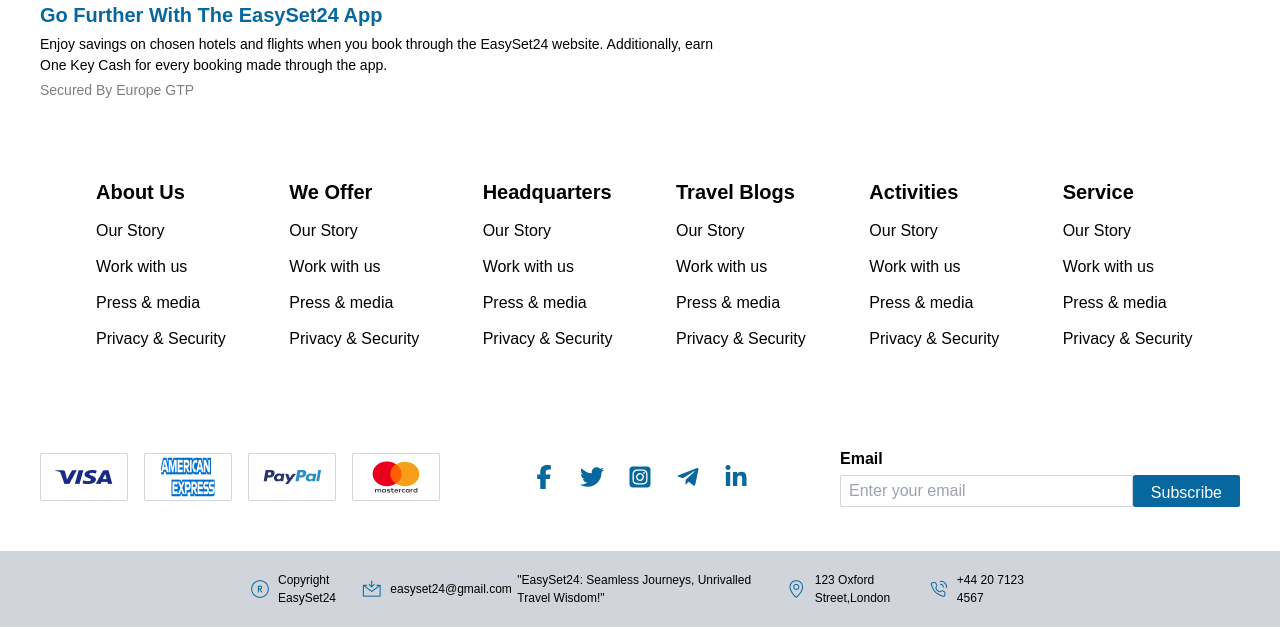
Repository: Quynhhuong150322/DIKO_STUDY_TRAVEL_WEB
Page: /
An editor plug-in stored every save of this project. The page is shown before and after the next save, followed by the edit.
The browser window is 1280 px wide. The pictures show the part of the page from y = 4838 to 5465 px (the page is 5465 px tall).
The project was rebuilt for these pictures with package versions that can differ from the ones it lists, and the page was loaded fresh each time. Also part of the build but not shown: src/components/Login.js, src/components/Register.js. Imported but missing from the stored project, and not drawn on this page: src/redux/slices/authSlice.

Above is the page before, as saved 2024-02-26 10:58:25.

### src/index.css
@tailwind base;
@tailwind components;
@tailwind utilities;

@import url("https://fonts.googleapis.com/css2?family=Poppins:wght@100;300;400;500;600&display=swap");

@layer base {
  html {
    font-family: "Poppins", sans-serif;
  }
  * {
    margin: 0;
    padding: 0;
    box-sizing: border-box;
    scroll-behavior: smooth;
    /* background-color: #F9F9F9; */
  }
}

@layer components {
  .max-container {
    max-width: 1260px;
    /* min-height: 100vh; */
    margin: 0 auto;
    padding: 0 30px;
    /* display: flex; */
    /* flex-direction: column; */
    justify-content: space-between;
  }
  .button {
    width: 189px;
    /* height: 40px; */
    border-style: solid;
    border-width: 2px;
    border-color: #07689F;
    color: #07689F;
  }
  .tabMenu {
    width: 121px;
    height: 40px;
    color: #D9D9D9;
    border-style: solid;
    border-width: 2px;
    border-color: #D9D9D9;
    color: #D9D9D9;
    border-radius: 9999px;
  }
  .tabSearch {
    /* max-width: 1190px; */
    height: 56px;
    border-style: solid;
    border-width: 1px;
    border-color: #D9D9D9;
    padding: 0 16px;
    font-size: 12px;
  }

}

### src/App.js
import React from "react";
import Navbar from "./components/Navbar";
import Footer from "./components/Footer";
import AppRoutes from "./routes/AppRoutes";
import { BrowserRouter as Router } from "react-router-dom";
import CopyRight from "./components/CopyRight";

const App = () => {
  return (
    <Router>
      <div className="">
        <div className="max-container">
          <Navbar />
        </div>
        <div>
          <AppRoutes />
        </div>
        <div className="max-container">
          <Footer />
        </div>
        <div >
          <CopyRight />
        </div>
      </div>
    </Router>
  );
};

export default App;

### src/redux/store.js
import { configureStore } from "@reduxjs/toolkit";
import authReducer from "./slices/authSlice";

export const store = configureStore({
  reducer: {
    users: authReducer,
  },
});

### src/components/Navbar.js
import React from 'react'
import Logo from '../assets/images/Header/Logo.png'
import EL from '../assets/images/Header/England.png'
import { FaRegQuestionCircle } from "react-icons/fa";
import { LuSearch } from "react-icons/lu";

const MenuData = [
    {
        id: 1,
        name: 'Trip',
    },
    {
        id: 2,
        name: '%Deals',
    },
    {
        id: 3,
        name: 'Hotel',
    },
    {
        id: 4,
        name: 'Flight',
    },
    {
        id: 5,
        name: 'Apartment',
    },
    {
        id: 6,
        name: 'Camper',
    },
]

const Navbar = () => {
    return (
        <div className='bg-neutral py-[24px]'>
            <div className="flex flex-col gap-10">
                {/* Header Section  */}
                <div className='flex gap-2 items-center'>
                    <img src={Logo} alt="" />
                    <div className='flex gap-7 items-center'>
                        <div className="flex gap-1 items-center">
                            <FaRegQuestionCircle className='text-primary' />
                            <img src={EL} alt="" className='w-7 h-7' />
                            {/* Search  */}
                            <div className="relative flex items-center">
                                <input
                                    type="text"
                                    placeholder="search"
                                    className="w-[605px] h-[32px] rounded-sm border border-gray-300 px-2 py-1 focus:outline-none focus:border-1 focus:border-primary"
                                />
                                <LuSearch className="text-gray-500 group-hover:text-primary absolute top-1/2 -translate-y-1/2 right-3 cursor-pointer" />
                            </div>
                        </div>
                        <div className='flex gap-2 items-center'>
                            <button className='button border-primary bg-neutral hover:scale-105 py-2 px-4 rounded-sm'>
                                Sing In
                            </button>
                            <button className='button border-primary bg-neutral hover:scale-105 py-2 px-4 rounded-sm'>
                                Register
                            </button>
                        </div>
                    </div>
                    <div>
                    </div>
                </div>
                {/* Upper Nav  */}
                <div className=''>
                    <div className=' '>
                        <ul className='flex justify-center gap-4'>
                            {
                                MenuData.map((data) => (
                                    <button key={data.id} className='text-pri tabMenu focus:bg-primary focus:text-white focus:font-bold focus:border-primary inline-block hover:text-primary' >
                                        {data.name}
                                    </button>
                                ))
                            }
                        </ul>
                    </div>
                </div>
            </div>
        </div>
    )
}

export default Navbar

### src/components/Footer.js
import React from 'react'
import img1 from '../assets/images/Footer/visa-logo.png'
import img2 from '../assets/images/Footer/Amex.png'
import img3 from '../assets/images/Footer/International.png'
import img4 from '../assets/images/Footer/Masterrcard.png'
import { FaFacebookF } from "react-icons/fa6";
import { FaTwitter } from "react-icons/fa";
import { FaSquareInstagram } from "react-icons/fa6";
import { FaTelegramPlane } from "react-icons/fa";
import { FaLinkedinIn } from "react-icons/fa6";
import { FaApple } from "react-icons/fa6";
import { FaGooglePlay } from "react-icons/fa6";
// import { CiMail } from "react-icons/ci";


const AboutUsList = [
  {
    id: 1,
    title: "Our Story",
    link: "/#",
  },
  {
    id: 2,
    title: "Work with us",
    link: "/#",
  },
  {
    id: 3,
    title: "Press & media",
    link: "/#",
  },
  {
    id: 4,
    title: "Privacy & Security",
    link: "/#",
  },
]
const ImgList = [
  {
    id: 1,
    img: img1,
  },
  {
    id: 2,
    img: img2,
  },
  {
    id: 3,
    img: img3,
  },
  {
    id: 4,
    img: img4,
  }
]
const IconsList = [
  {
    id: 1,
    icon: FaFacebookF,
  },
  {
    id: 2,
    icon: FaTwitter,
  },
  {
    id: 3,
    icon: FaSquareInstagram,
  },
  {
    id: 4,
    icon: FaTelegramPlane,
  },
  {
    id: 5,
    icon: FaLinkedinIn,
  },
]
const AppList = [
  {
    id: 1,
    icon: FaApple,
    title1: 'Download on the',
    title2: 'APP STORE',
  },
  {
    id: 2,
    icon: FaGooglePlay,
    title1: '.',
    title2: 'Google Play',
  },
]


const Footer = () => {
  return (
    <div className=''>
      {/* Go Further With The EasySet24 App */}
      <div className='flex'>
        <div className='basis-7/12 flex flex-col gap-1'>
          <h2 className='font-bold text-primary text-xl'>
            Go Further With The EasySet24 App
          </h2>
          <p className='text-ba '>
            Enjoy savings on chosen hotels and flights when you book through the EasySet24 website. Additionally, earn One Key Cash for every booking made through the app.
          </p>
          <p className='text-ba text-black/50'>
            Secured By Europe GTP
          </p>
        </div>
        {/* APP  */}
        <div className=''>
          <div className='flex flex-col gap-2'>
            {AppList.map((data) => (
              <div className='flex flex-row gap-1 items-center justify-center text-white'>
                <data.icon className='text-2xl' />
                <div className='text-sm'>
                  <p>{data.title1} </p>
                  <p className='text-ba font-bold'>{data.title2}</p>
                </div>
              </div>
            ))}
          </div>
        </div>
      </div>
      <div className='py-11 flex flex-col  gap-16'>
        {/* footer menu  */}
        <div className='grid grid-cols-6 sm:grid-col col-span-2 md:pl-10'>
          <div className="py-8 px-4">
            <h1 className="sm:text-xl text-xl font-bold sm:text-left text-justify mb-3">
              About Us
            </h1>
            <ul className="flex flex-col gap-3">
              {AboutUsList.map((link) => (
                <li
                  className="cursor-pointer hover:text-primary hover:translate-x-1 duration-300 "
                  key={link.id}
                >
                  <span>{link.title}</span>
                </li>
              ))}
            </ul>
          </div>
          <div className="py-8 px-4">
            <h1 className="sm:text-xl text-xl font-bold sm:text-left text-justify mb-3">
              We Offer
            </h1>
            <ul className="flex flex-col gap-3">
              {AboutUsList.map((link) => (
                <li
                  className="cursor-pointer hover:text-primary hover:translate-x-1 duration-300 "
                  key={link.id}
                >
                  <span>{link.title}</span>
                </li>
              ))}
            </ul>
          </div>
          <div className="py-8 px-4">
            <h1 className="sm:text-xl text-xl font-bold sm:text-left text-justify mb-3">
              Headquarters
            </h1>
            <ul className="flex flex-col gap-3">
              {AboutUsList.map((link) => (
                <li
                  className="cursor-pointer hover:text-primary hover:translate-x-1 duration-300 "
                  key={link.id}
                >
                  <span>{link.title}</span>
                </li>
              ))}
            </ul>
          </div>
          <div className="py-8 px-4">
            <h1 className="sm:text-xl text-xl font-bold sm:text-left text-justify mb-3">
              Travel Blogs
            </h1>
            <ul className="flex flex-col gap-3">
              {AboutUsList.map((link) => (
                <li
                  className="cursor-pointer hover:text-primary hover:translate-x-1 duration-300 "
                  key={link.id}
                >
                  <span>{link.title}</span>
                </li>
              ))}
            </ul>
          </div>
          <div className="py-8 px-4">
            <h1 className="sm:text-xl text-xl font-bold sm:text-left text-justify mb-3">
              Activities
            </h1>
            <ul className="flex flex-col gap-3">
              {AboutUsList.map((link) => (
                <li
                  className="cursor-pointer hover:text-primary hover:translate-x-1 duration-300 "
                  key={link.id}
                >
                  <span>{link.title}</span>
                </li>
              ))}
            </ul>
          </div>
          <div className="py-8 px-4">
            <h1 className="sm:text-xl text-xl font-bold sm:text-left text-justify mb-3">
              Service
            </h1>
            <ul className="flex flex-col gap-3">
              {AboutUsList.map((link) => (
                <li
                  className="cursor-pointer hover:text-primary hover:translate-x-1 duration-300 "
                  key={link.id}
                >
                  <span>{link.title}</span>
                </li>
              ))}
            </ul>
          </div>
        </div>
        {/* footer logo  */}
        <div>
          <div className='grid grid-cols-3'>
            <div className='flex gap-4 items-center '>
              {
                ImgList.map((data) => (
                  <div className='border rounded-sm border-gray-300 w-[89.25px] h-[48px] flex justify-center items-center'>
                    <img src={data.img} alt=""></img>
                  </div>
                ))
              }
            </div>
            <div className='text-primary flex gap-6 text-xxl items-center justify-center' >
              {IconsList.map((data) => (
                <div key={data.id}>
                  <data.icon />
                </div>
              ))}
            </div>
            <div className='flex flex-col gap-1'>
              <h3 className='font-bold '>Email</h3>
              <div className='flex '>
                <input
                  type="text"
                  placeholder="Enter your email"
                  className="basis-10/12 h-[32px] rounded-sm border border-gray-300 px-2 py-1 focus:outline-none focus:border-1 focus:border-primary"
                />
                <button className='basis-1/4 h-[32px] button border-primary py-1 px-4 rounded-sm bg-primary text-white'>
                  Subscribe
                </button>
              </div>
            </div>
          </div>
        </div>
      </div>
    </div>
  )
}

export default Footer

### src/routes/AppRoutes.js
import React from "react";
import { Switch, Route } from "react-router-dom";
import Login from "../components/Login";
import Register from "../components/Register";
import Langding from "../pages/LangdingPage/Langding";
const AppRoutes = () => {
  return (
    <div>
      <Switch>
        <Route path="/login">
          <Login />
        </Route>
        <Route path="/register">
          <Register />
        </Route>
        <Route path="/" exact>
          <Langding />
        </Route>
        <Route path="*">
          <div className="">404 not Error...</div>
        </Route>
      </Switch>
    </div>
  );
};

export default AppRoutes;

### src/components/CopyRight.js
import React from 'react'
import iconEmail from '../assets/images/Footer/icons/copyright.png'
import iconEmail2 from '../assets/images/Footer/icons/email-down.png'
import iconEmail3 from '../assets/images/Footer/icons/local-two.png'
import iconEmail4 from '../assets/images/Footer//icons/phone-call.png'

const CopyrightList = [
    {
        id: 1,
        icons: iconEmail,
        title: 'Copyright EasySet24',
    },
    {
        id: 2,
        icons: iconEmail2,
        title: 'easyset24@gmail.com',
    },
    {
        id: 3,
        icons: '',
        title: '"EasySet24: Seamless Journeys, Unrivalled Travel Wisdom!"',
    },
    {
        id: 4,
        icons: iconEmail3,
        title: '123 Oxford Street,London',
    },
    {
        id: 5,
        icons: iconEmail4,
        title: '+44 20 7123 4567',
    },
]

const CopyRight = () => {
    return (
        <div>
            <div className='bg-gray-300 py-5 px-[250px]'>
                <div className='text-black flex gap-2 text-sm items-center justify-between' >
                    {CopyrightList.map((data) => (
                        <div className='flex flex-row gap-2 items-center justify-center' key={data.id}>
                            <img src={data.icons} alt="" />
                            <p >{data.title}</p>
                        </div>
                    ))}
                </div>
            </div>
        </div>
    )
}

export default CopyRight

### src/pages/LangdingPage/Langding.js
import React from 'react'
import Picture from '../../assets/images/LangdingPage/Picture.png'
import { LuHotel } from "react-icons/lu";
import { IoCalendarOutline } from "react-icons/io5";
import { SlArrowDown } from "react-icons/sl";
import { FiUserPlus } from "react-icons/fi";
import Img1 from "../../assets/images/LangdingPage/SpecialOffers/Photo 1.png";
import Img2 from "../../assets/images/LangdingPage/SpecialOffers/Photo 2.png"
import Img3 from "../../assets/images/LangdingPage/SpecialOffers/Photo 3.png"
import Img4 from "../../assets/images/LangdingPage/SpecialOffers/Photo 4.png"
import Img5 from "../../assets/images/LangdingPage/SpecialOffers/Photo 5.png"
import Img6 from "../../assets/images/LangdingPage/SpecialOffers/Photo 6.png"
import Img7 from "../../assets/images/LangdingPage/ExploreStays/Image1.jpg"
import Img8 from "../../assets/images/LangdingPage/ExploreStays/Image2.jpg"
import Img9 from "../../assets/images/LangdingPage/ExploreStays/Image3.jpg"
import Footer from "../../assets/images/LangdingPage/Footer.jpeg"
// import Img11 from "../../assets/images/LangdingPage/SpecialOffers/Photo 6.png"



const BannerImg = {
  backgroundImage: `url(${Picture})`,
  backgroundPosition: "center",
  backgroundRepeat: "no-repeat",
  backgroundSize: "cover",
  height: "394px",
  width: "100%",
};
const FooterImg = {
  backgroundImage: `url(${Footer})`,
  backgroundPosition: "center",
  backgroundRepeat: "no-repeat",
  backgroundSize: "cover",
  height: "394px",
  width: "100%",
}
const ListMenu = [
  {
    id: 1,
    name: "All",
  },
  {
    id: 2,
    name: "Hotels",
  },
  {
    id: 3,
    name: "Flights",
  },
  {
    id: 4,
    name: "Multi",
  }
]

const ListImage = [
  {
    id: 1,
    img: Img1,
  },
  {
    id: 2,
    img: Img2,
  },
  {
    id: 3,
    img: Img3,
  },
  {
    id: 4,
    img: Img4,
  },
  {
    id: 5,
    img: Img5,
  },
  {
    id: 6,
    img: Img6,
  },
]
const ListCard = [
  {
    id: 1,
    img: Img1,
    location: "Berlin",
    side: "SIDE",
    time: "Wed 25 Jan-Fri 27 Jan",
    title: "A tour of the city and its surroundings led by a professional guide ..."
  },
  {
    id: 2,
    img: Img2,
    location: "Paris",
    side: "SIDE",
    time: "Wed 25 Jan-Fri 27 Jan",
    title: "A tour of the city and its surroundings led by a professional guide ..."

  },
  {
    id: 3,
    img: Img3,
    location: "Madrid",
    side: "SIDE",
    time: "Wed 25 Jan-Fri 27 Jan",
    title: "A tour of the city and its surroundings led by a professional guide ..."

  },
  {
    id: 4,
    img: Img4,
    location: "Barcelona",
    side: "SIDE",
    time: "Wed 25 Jan-Fri 27 Jan",
    title: "A tour of the city and its surroundings led by a professional guide ..."

  },
  {
    id: 5,
    img: Img5,
    location: "Rom",
    side: "SIDE",
    time: "Wed 25 Jan-Fri 27 Jan",
    title: "A tour of the city and its surroundings led by a professional guide ..."

  },
  {
    id: 6,
    img: Img6,
    location: "Milan",
    side: "SIDE",
    time: "Wed 25 Jan-Fri 27 Jan",
    title: "A tour of the city and its surroundings led by a professional guide ..."

  },
  {
    id: 7,
    img: Img7,
    location: "Istanbul",
    side: "SIDE",
    time: "Wed 25 Jan-Fri 27 Jan",
    title: "A tour of the city and its surroundings led by a professional guide ..."

  },
  {
    id: 8,
    img: Img8,
    location: "Dubai",
    side: "SIDE",
    time: "Wed 25 Jan-Fri 27 Jan",
    title: "A tour of the city and its surroundings led by a professional guide ..."

  },
  {
    id: 9,
    img: Img9,
    location: "Amesterdam",
    side: "SIDE",
    time: "Wed 25 Jan-Fri 27 Jan",
    title: "A tour of the city and its surroundings led by a professional guide ..."

  },
  {
    id: 10,
    img: Img1,
    location: "New York",
    side: "SIDE",
    time: "Wed 25 Jan-Fri 27 Jan",
    title: "A tour of the city and its surroundings led by a professional guide ..."

  },
  {
    id: 11,
    img: Img2,
    location: "Marollca",
    side: "SIDE",
    time: "Wed 25 Jan-Fri 27 Jan",
    title: "A tour of the city and its surroundings led by a professional guide ..."

  },
  {
    id: 12,
    img: Img3,
    location: "Teneriffa",
    side: "SIDE",
    time: "Wed 25 Jan-Fri 27 Jan",
    title: "A tour of the city and its surroundings led by a professional guide ..."

  },
]

const Langding = () => {
  return (
    <div >
      {/* Discover Trip  */}
      <div className=' background ' style={BannerImg}>
        <div className=' '>
          <h1 className='text-3xl w-1/3 font-bold text-white bg-opacity-0'>
            Discover Your Trip Worldwide !
          </h1>
          <div class="flex flex-row  bg-white">
            <div class="basis-1/4 tabSearch flex gap-9 items-center">
              <LuHotel className='text-primary' size={24} />
              <p className=''>
                Where Are you Going to?
              </p>
            </div>
            <div class="basis-1/4 tabSearch flex gap-6 items-center">
              <IoCalendarOutline size={24} className='text-primary' />
              <p className=''>
                Check In Date
              </p>
              <p className=''>
                Check Out Date
              </p>
            </div>
            <div class="basis-1/3 tabSearch flex gap-8 items-center">
              <FiUserPlus size={24} className='text-primary' />
              <p className=''>
                Adults 2
              </p>
              <p className=''>
                Children 3
              </p>
              <p className=''>
                Room
              </p>
              <SlArrowDown size={24} className='text-primary' />
            </div>
            <div class="basis-1/6  tabSearch bg-primary flex justify-center items-center">
              <p className='font-bold text-white'>Search</p>
            </div>
          </div>
        </div>
      </div>
      {/* Special Offers */}
      <div className='max-container py-6'>
        {/* checkbox  */}
        <div className='flex flex-col gap-6 py-6'>
          <h2 className='text-2xl font-bold'>Special Offers</h2>
          <div className='flex '>
            <div className='flex justify-center items-center gap-2'>
              {
                ListMenu.map((data) => (
                  <><input
                    type="checkbox"
                    className="w-[24px] h-[24px] border border-gray-300 px-2 py-1 focus:outline-none focus:border-1 focus:border-primary" />
                    <label for="checkbox" className='text-base'>{data.name}</label>
                  </>
                ))
              }
            </div>
          </div>
        </div>
        {/* image  */}
        <div>
          <div className='grid grid-cols-3 gap-2'>
            {
              ListImage.map((data) => (
                <img src={data.img} alt="" className='w-full h-full' />
              ))
            }
          </div>
        </div>
      </div>

      {/* Explore Stays In Trending Destinations  */}
      <div className='max-container py-6'>
        <div className='flex flex-col gap-4 py-6'>
          <h2 className='text-2xl font-bold'>Explore Stays In Trending Destinations</h2>
          <p>Find Hot Stays!</p>
        </div>
        {/* ImageCard */}
        <div className='grid grid-cols-4 place-items-center gap-5 '>
          {
            ListCard.map((data) => (
              <div className='flex flex-col gap-4 border rounded-sm border-gray-300 p-1'>
                <img src={data.img} alt="" className=' h-[272px] w-full object-cover rounded-sm'>
                </img>
                <div className='flex flex-col gap-4 pb-4'>
                  <div className=''>
                    <p className='text-xl font-semibold'>{data.location}</p>
                    <p className='text-base text-gray-500/100 font-semibold'>{data.side}</p>
                  </div>
                  <p className='text-sm font-medium'>{data.time}</p>
                  <p className='text-l font-light'>{data.title}</p>
                </div>
              </div>
            ))
          }
        </div>
      </div>
      <div className='max-container py-20'>
        <div className='flex flex-col gap-4 py-6'>
          <h2 className='text-2xl font-bold'>Compare The Highest Reviewed Past Offers </h2>
          <p>Browse By Type</p>
        </div>
        <div className='grid grid-cols-4 place-items-center gap-5 '>
          {
            ListCard.map((data) => (
              <div className='flex flex-col gap-4 border rounded-sm border-gray-300 p-1'>
                <img src={data.img} alt="" className=' h-[272px] w-full object-cover rounded-sm'>
                </img>
                <div className='flex flex-col gap-2 pb-2'>
                  <div className=''>
                    <p className='text-xl font-semibold'>{data.location}</p>
                    {/* <p className='text-base text-gray-500/100 font-semibold'>{data.side}</p> */}
                  </div>
                  {/* <p className='text-sm font-medium'>{data.time}</p> */}
                  {/* <p className='text-l font-light'>{data.title}</p> */}
                </div>
              </div>
            ))
          }
        </div>
      </div>
      {/* Banner Footer  */}
      <div className=' background ' style={FooterImg}>

      </div>
    </div>
  )
}

export default Langding

### tailwind.config.js
/** @type {import('tailwindcss').Config} */
module.exports = {
  content: ["./src/**/*.{js,jsx,ts,tsx}"],
  theme: {
    extend: {
      colors: {
        primary: "#07689F",
        secondary: "#D9D9D9",
        neutral: "#F9F9F9",
        pri: "#A6A6A6",
      },
      fontSize: {
        sm: '12px',
        'ba': '14px',
        base: '16px',
        'l': '10px',
        xl: '20px',
        'xxl': '24px',
        '2xl': '32px',
        '3xl': '40px',
        '4xl': '44px',
        // '5xl': '3.052rem',
      },
    },
  },
  plugins: [],
};

Loaded but not shown: public/index.html (common file); src/index.js (common file); src/reportWebVitals.js (common file)

After the next save:
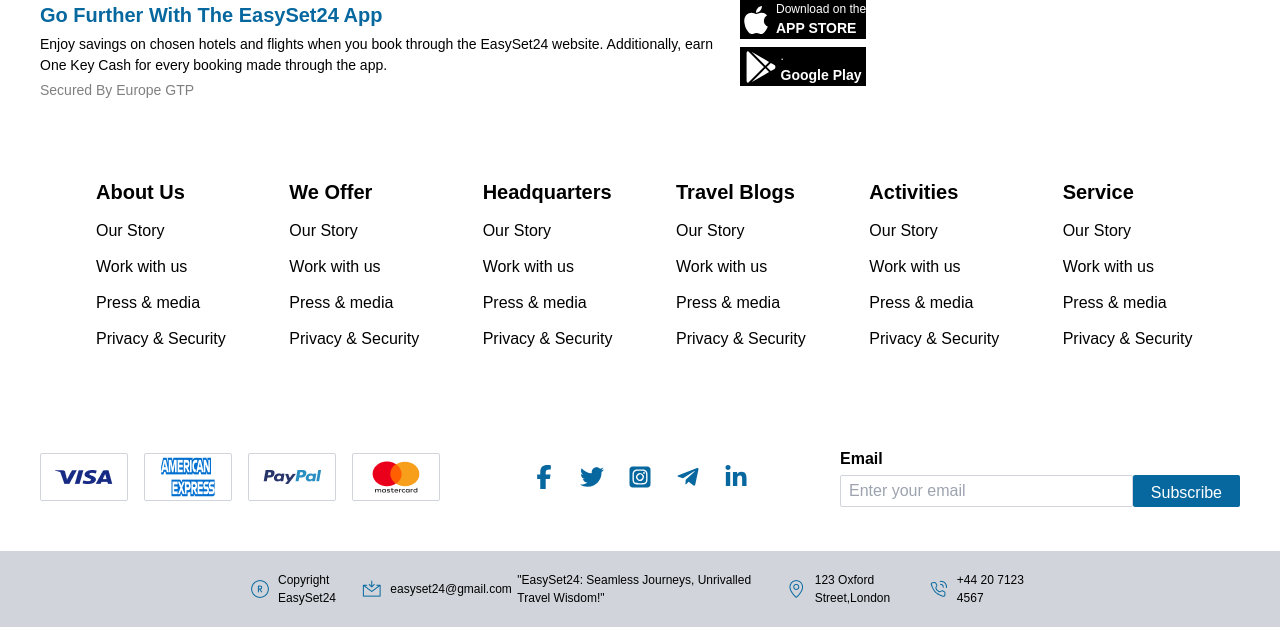
Saved 31 s later.
--- a/src/components/Footer.js
+++ b/src/components/Footer.js
@@ -111,7 +111,7 @@ const Footer = () => {
         <div className=''>
           <div className='flex flex-col gap-2'>
             {AppList.map((data) => (
-              <div className='flex flex-row gap-1 items-center justify-center text-white'>
+              <div className='flex flex-row gap-1 items-center justify-center text-white bg-black'>
                 <data.icon className='text-2xl' />
                 <div className='text-sm'>
                   <p>{data.title1} </p>
